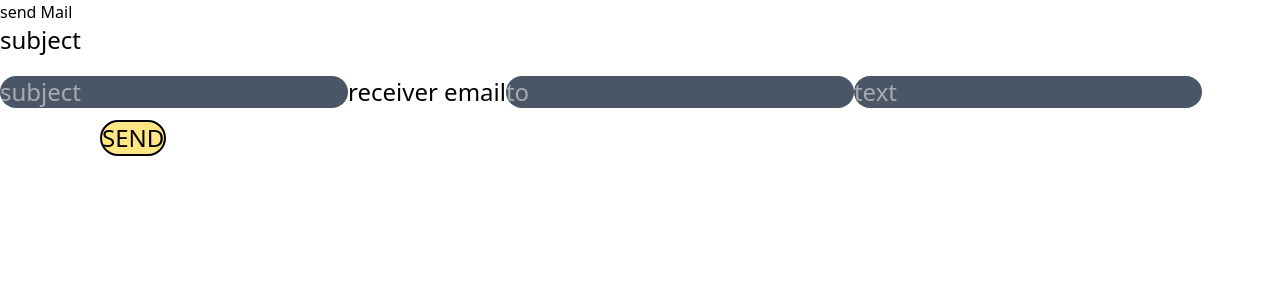
Repository: ridhukhan/sendmail
Page: / (app in Frontend/)
The author's editor kept a copy of each file at every save. The page is drawn from the files as they stood at one save, then again after the next save.
The browser window is 1280 px wide. The pictures show the whole page.
The project was rebuilt for these pictures with package versions that can differ from the ones it lists, and the page was loaded fresh each time.

Above is the page before, as saved 2026-02-10 15:00:53.

After the next save:
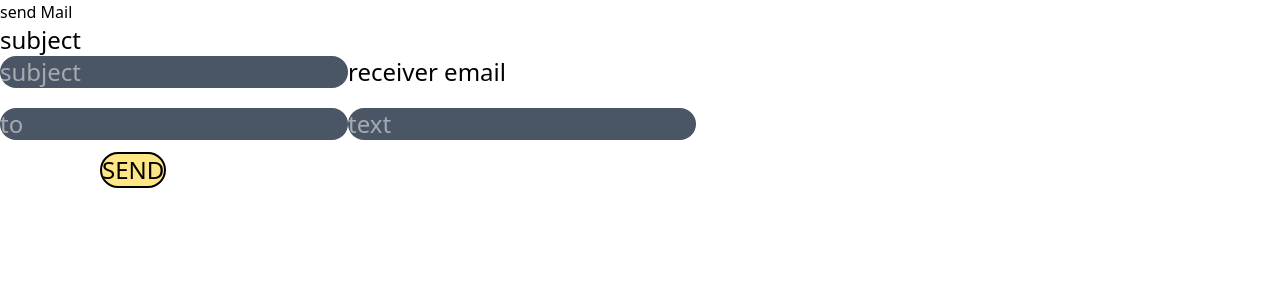
Saved 13 s later.
--- a/Frontend/src/App.jsx
+++ b/Frontend/src/App.jsx
@@ -8,7 +8,7 @@ function App() {
 <label htmlFor="subject">subject</label><br />
 <input type="text" name="subject" id="" placeholder='subject' className="bg-gray-600 text-white border-amber-50 rounded-2xl"/>
 
-<label htmlFor="email">receiver email</label>
+<label htmlFor="email">receiver email</label><br />
 <input type="email" name="email" id="" placeholder='to' className="bg-gray-600 text-white border-amber-50 rounded-2xl mt-5" />
 
 <label htmlFor="text"></label>
